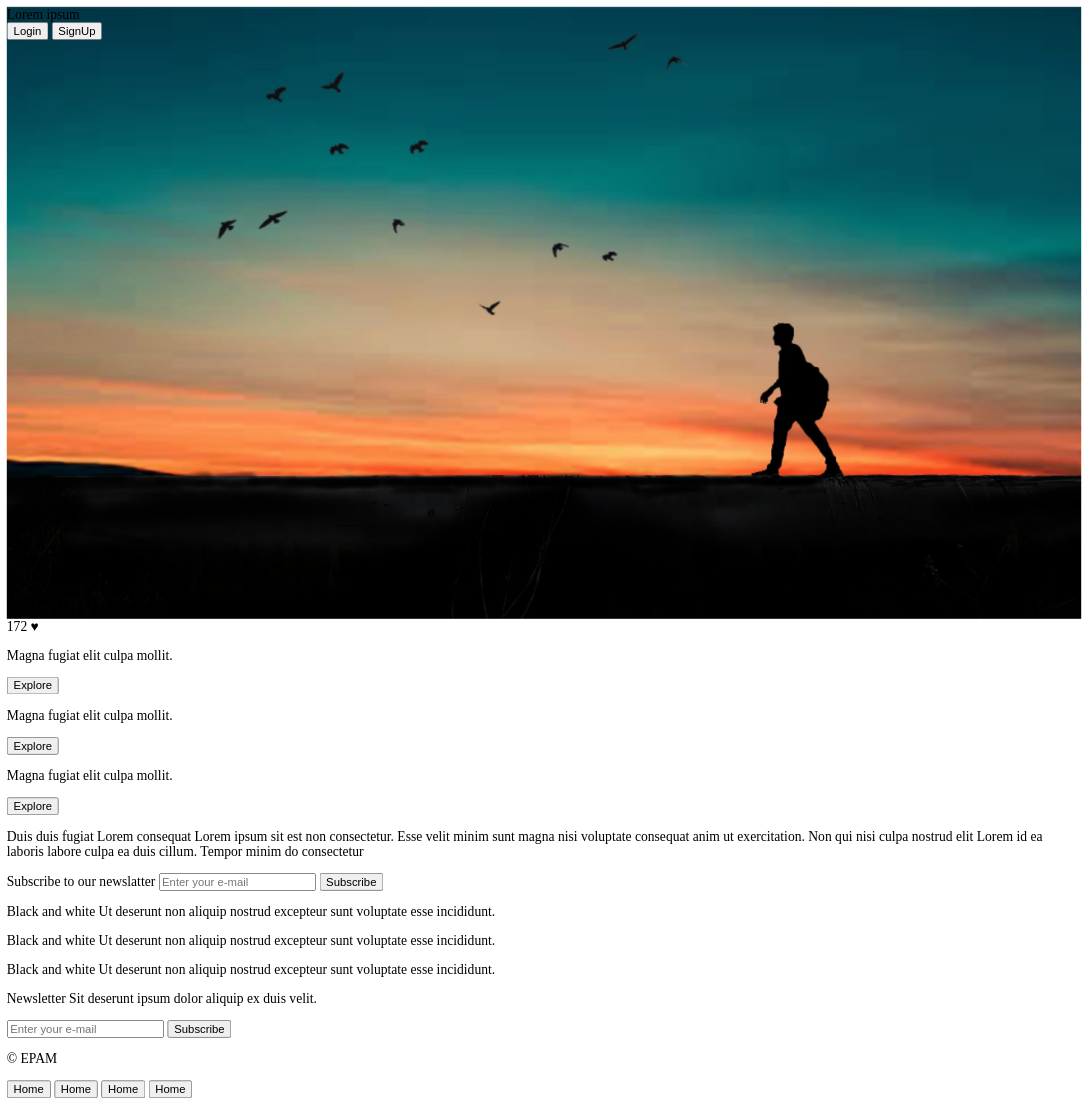
Repository: M1shkaBear/FLX
Page: FLX_homework_4/homework/index.html
An editor plug-in stored every save of this project. The page is shown before and after the next save, followed by the edit.
The browser window is 1280 px wide. The pictures show the whole page, at 85% of full size.

Above is the page before, as saved 2019-01-29 04:13:47.

After the next save:
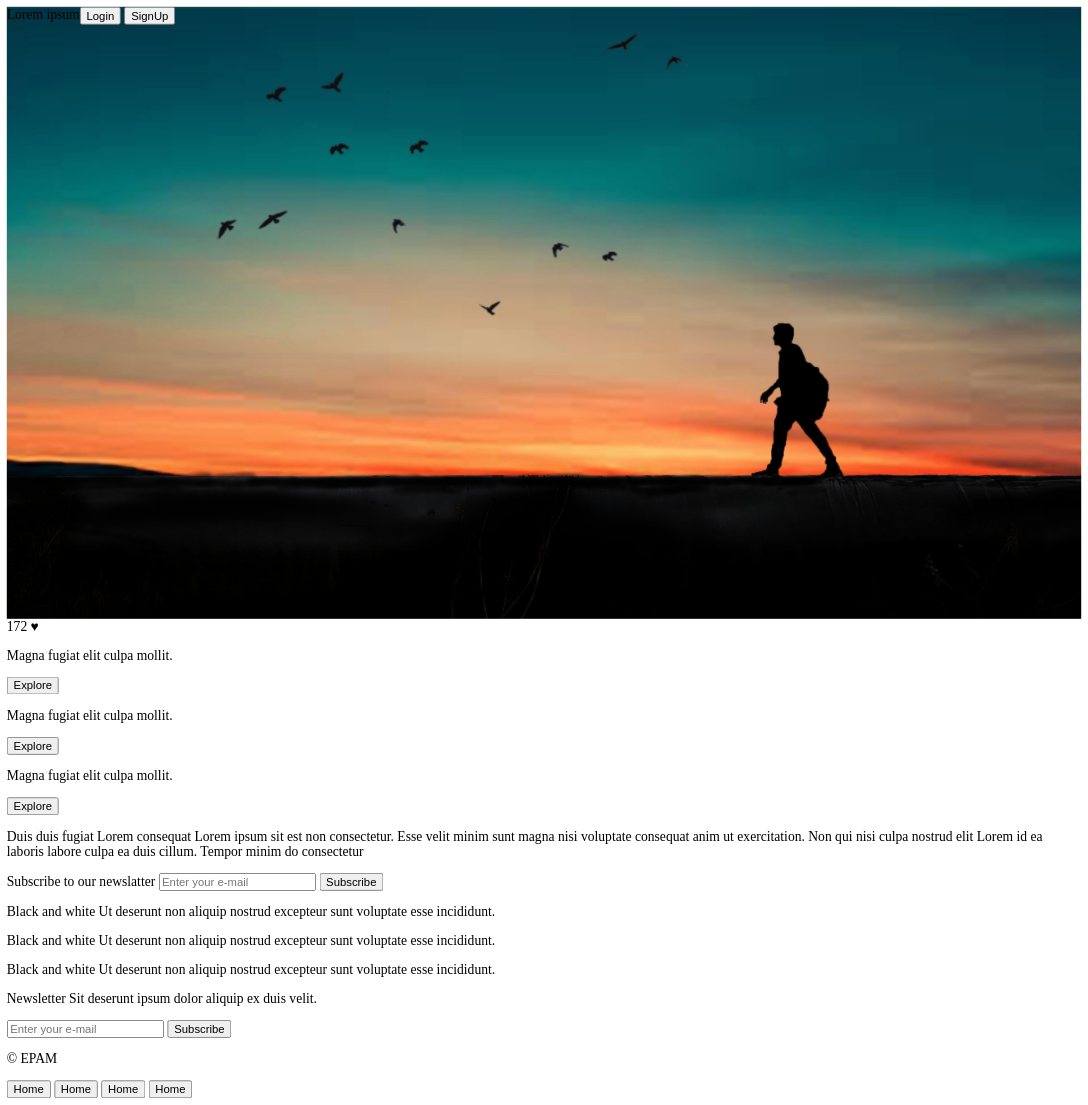
Saved 3 min 34 s later.
--- a/FLX_homework_4/homework/css/style.css
+++ b/FLX_homework_4/homework/css/style.css
@@ -4,3 +4,6 @@
   background-size: cover;
   height: 100vh;
 }
+.topHeader {
+  display: flex;
+}
